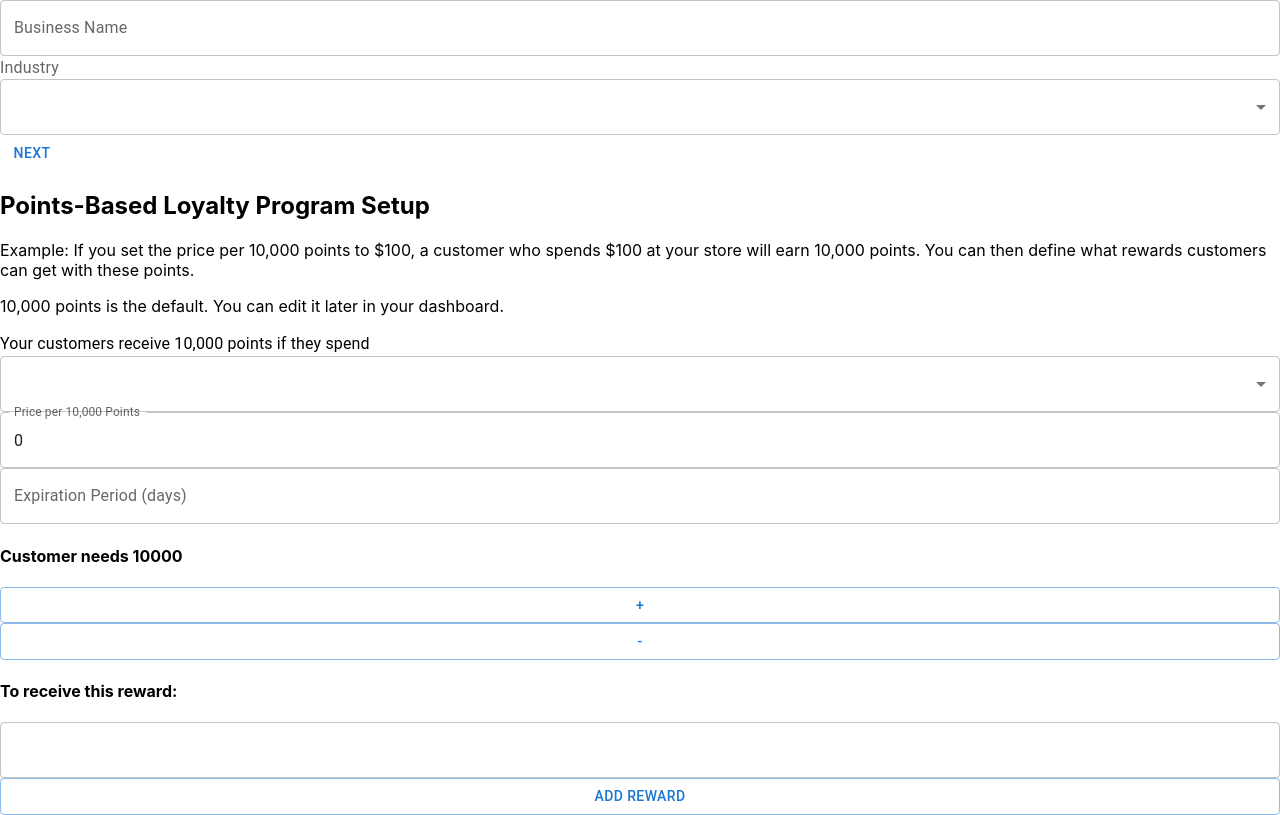
Repository: Armstrong2035/loyaltyTrackr
Page: /onboarding (app in loyalty-trackr/)
The author's editor kept a copy of each file at every save. The page is drawn from the files as they stood at one save, then again after a run of saves.
The browser window is 1280 px wide. The pictures show the whole page.
The project was rebuilt for these pictures with package versions that can differ from the ones it lists, and the page was loaded fresh each time. Also part of the build but not shown: loyalty-trackr/src/firebase.js, loyalty-trackr/src/Authentication/Signup.js, loyalty-trackr/src/Home/Home.js, loyalty-trackr/src/Authentication/Login.js.

Above is the page before, as saved 2024-06-07 03:00:06.

### loyalty-trackr/src/App.js
import React from "react";
import { Signup } from "./Authentication/Signup";
import { HomePage } from "./Home/Home";
import { BusinessDetails } from "./Onboarding/BusinessDetails/BusinessDetails";
import Login from "./Authentication/Login";
import { Route, Routes } from "react-router-dom";
import { Onboarding } from "./Onboarding/Onboarding";

function App() {
  return (
    <>
      <Routes>
        <Route path="/" element={<HomePage />} />
        <Route path="/signup" element={<Signup />} />
        <Route path="/login" element={<Login />} />
        <Route path="/onboarding" element={<Onboarding />} />
      </Routes>
    </>
  );
}

export default App;

### loyalty-trackr/src/Onboarding/BusinessDetails/BusinessDetails.js
import React, { useState } from "react";
import {
  Button,
  FormGroup,
  InputLabel,
  MenuItem,
  Select,
  TextField,
} from "@mui/material";

const industryList = [
  "Retail",
  "Food and Beverage",
  "Health and Wellness",
  "Automotive",
  "Home Services",
  "Education and Training",
  "Entertainment and Recreation",
  "E-commerce and Online Retail",
];

export const BusinessDetails = () => {
  const [name, setName] = useState("");
  const [industry, setIndustry] = useState("");

  const handleNameChange = (e) => {
    const name = e.target.value;
    setName(name);
  };

  const handleIndustryChange = (e) => {
    const industry = e.target.value;
    setIndustry(industry);
  };

  return (
    <div>
      <FormGroup>
        <TextField
          id="business-name"
          label="Business Name"
          variant="outlined"
          value={name}
          onChange={handleNameChange}
        />

        <InputLabel id="industry">Industry</InputLabel>
        <Select
          id="select-industry"
          value={industry}
          label="Industry"
          onChange={handleIndustryChange}
        >
          {industryList.map((industry) => (
            <MenuItem value={industry}>{`${industry}`}</MenuItem>
          ))}
        </Select>
      </FormGroup>

      <Button>Next</Button>
    </div>
  );
};

### loyalty-trackr/src/Onboarding/Onboarding.js
import React from "react";
import { LoyaltySetup } from "./LoyaltySetup/LoyaltySetup";
import { BusinessDetails } from "./BusinessDetails/BusinessDetails";

export const Onboarding = () => {
  return (
    <div>
      <BusinessDetails />
      <LoyaltySetup />
    </div>
  );
};

### loyalty-trackr/src/Onboarding/LoyaltySetup/LoyaltySetup.js
import React, { useState } from "react";
import { PointsBased } from "./PointsBased/PointsBased";

export const LoyaltySetup = () => {
  return (
    <>
      <PointsBased />
    </>
  );
};

### loyalty-trackr/src/Onboarding/LoyaltySetup/PointsBased/PointsBased.js
import { Typography } from "@mui/material";
import React from "react";
import { PointsPerPurchase } from "../PointsBased/PointsPerPurchase";
import { RedemptionOption } from "./RedemptionOptions";

export const PointsBased = () => {
  return (
    <>
      <h2>Points-Based Loyalty Program Setup</h2>

      <p>
        Example: If you set the price per 10,000 points to $100, a customer who
        spends $100 at your store will earn 10,000 points. You can then define
        what rewards customers can get with these points.
      </p>

      <p>
        10,000 points is the default. You can edit it later in your dashboard.
      </p>

      <PointsPerPurchase />
      <RedemptionOption />
    </>
  );
};

### loyalty-trackr/src/Onboarding/LoyaltySetup/PointsBased/PointsPerPurchase.js
import {
  FormGroup,
  TextField,
  Select,
  Typography,
  MenuItem,
} from "@mui/material";
import React, { useState } from "react";
import { currencies } from "../../../Utility/currencies";

export const PointsPerPurchase = () => {
  const [currency, setCurrency] = useState("");
  const [price, setPrice] = useState(0);
  const [expirationPeriod, setExpirationPeriod] = useState();
  const [maximumPointsPerPurchase, setMaximumPointsPerPurchase] = useState();

  const currencyArray = currencies;

  const pointsPerPurchase = {
    points: 10000,
    pricePerPurchase: {
      amount: price,
      currency: currency,
      expiry: expirationPeriod,
      maximum: maximumPointsPerPurchase,
    },
  };

  console.log(pointsPerPurchase);

  return (
    <>
      <div>
        <Typography>
          Your customers receive 10,000 points if they spend
        </Typography>

        <FormGroup>
          <Select
            id="select-currency"
            value={currency}
            label="Currency"
            onChange={(e) => setCurrency(e.target.value)}
          >
            {currencyArray.map((currency) => (
              <MenuItem value={currency}>{`${currency}`}</MenuItem>
            ))}
          </Select>

          <TextField
            id="price"
            label="Price per 10,000 Points"
            variant="outlined"
            value={price}
            type="number"
            onChange={(e) => setPrice(e.target.value)}
          />

          <TextField
            id="expiration-period"
            label="Expiration Period (days)"
            type="number"
            value={expirationPeriod}
            onChange={(e) => setExpirationPeriod(e.target.value)}
          />
        </FormGroup>
      </div>
    </>
  );
};

### loyalty-trackr/src/Onboarding/LoyaltySetup/PointsBased/RedemptionOptions.js
import { Button, FormGroup, Stack, TextField } from "@mui/material";
import React, { useState } from "react";

/* Create array
    Add new object to array
        Object should have the following:
            Points needed
            Gift to redeem
*/

export const RedemptionOption = () => {
  const [redemptionOptions, setRedemptionOptions] = useState([]);

  let [pointsNeeded, setPointsNeeded] = useState(10000);
  const [reward, setReward] = useState("");

  const increaseRequirePoints = () => {
    setPointsNeeded(() => (pointsNeeded += 100));
  };

  const decreaseRequiredPoints = () => {
    setPointsNeeded(() => (pointsNeeded -= 100));
  };

  const handleRewardChange = (e) => {
    setReward(e.target.value);
  };

  const addRedemptionOption = () => {
    const redemptionOptionInstance = {
      points: pointsNeeded,
      reward: reward,
    };

    setRedemptionOptions((prev) => [...prev, redemptionOptionInstance]);
  };

  console.log(redemptionOptions);

  return (
    <div>
      <Stack>
        <h4>{`Customer needs ${pointsNeeded}`}</h4>
        <Button variant="outlined" onClick={increaseRequirePoints}>
          +
        </Button>
        <Button variant="outlined" onClick={decreaseRequiredPoints}>
          -
        </Button>

        <h4>To receive this reward:</h4>
        <TextField id="reward" value={reward} onChange={handleRewardChange} />

        <Button variant="outlined" onClick={addRedemptionOption}>
          Add reward
        </Button>
      </Stack>
    </div>
  );
};

### loyalty-trackr/src/Utility/currencies.js
export const currencies = [
  "Afghan Afghani (AFN)",
  "Albanian Lek (ALL)",
  "Algerian Dinar (DZD)",
  "Angolan Kwanza (AOA)",
  "Argentine Peso (ARS)",
  "Armenian Dram (AMD)",
  "Aruban Florin (AWG)",
  "Australian Dollar (AUD)",
  "Azerbaijani Manat (AZN)",
  "Bahamian Dollar (BSD)",
  "Bahraini Dinar (BHD)",
  "Bangladeshi Taka (BDT)",
  "Barbadian Dollar (BBD)",
  "Belarusian Ruble (BYN)",
  "Belize Dollar (BZD)",
  "Bermudian Dollar (BMD)",
  "Bhutanese Ngultrum (BTN)",
  "Bolivian Boliviano (BOB)",
  "Bosnia-Herzegovina Convertible Mark (BAM)",
  "Botswana Pula (BWP)",
  "Brazilian Real (BRL)",
  "Brunei Dollar (BND)",
  "Bulgarian Lev (BGN)",
  "Burundian Franc (BIF)",
  "Cambodian Riel (KHR)",
  "Canadian Dollar (CAD)",
  "Cape Verdean Escudo (CVE)",
  "Cayman Islands Dollar (KYD)",
  "Central African CFA Franc (XAF)",
  "Chilean Peso (CLP)",
  "Chinese Yuan (CNY)",
  "Colombian Peso (COP)",
  "Comorian Franc (KMF)",
  "Congolese Franc (CDF)",
  "Costa Rican Colón (CRC)",
  "Croatian Kuna (HRK)",
  "Cuban Peso (CUP)",
  "Czech Koruna (CZK)",
  "Danish Krone (DKK)",
  "Djiboutian Franc (DJF)",
  "Dominican Peso (DOP)",
  "East Caribbean Dollar (XCD)",
  "Egyptian Pound (EGP)",
  "Eritrean Nakfa (ERN)",
  "Ethiopian Birr (ETB)",
  "Euro (EUR)",
  "Falkland Islands Pound (FKP)",
  "Fiji Dollar (FJD)",
  "Gambian Dalasi (GMD)",
  "Georgian Lari (GEL)",
  "Ghanaian Cedi (GHS)",
  "Gibraltar Pound (GIP)",
  "Guatemalan Quetzal (GTQ)",
  "Guinean Franc (GNF)",
  "Guyanese Dollar (GYD)",
  "Haitian Gourde (HTG)",
  "Honduran Lempira (HNL)",
  "Hong Kong Dollar (HKD)",
  "Hungarian Forint (HUF)",
  "Icelandic Króna (ISK)",
  "Indian Rupee (INR)",
  "Indonesian Rupiah (IDR)",
  "Iranian Rial (IRR)",
  "Iraqi Dinar (IQD)",
  "Israeli New Shekel (ILS)",
  "Jamaican Dollar (JMD)",
  "Japanese Yen (JPY)",
  "Jordanian Dinar (JOD)",
  "Kazakhstani Tenge (KZT)",
  "Kenyan Shilling (KES)",
  "Kuwaiti Dinar (KWD)",
  "Kyrgyzstani Som (KGS)",
  "Lao Kip (LAK)",
  "Lebanese Pound (LBP)",
  "Lesotho Loti (LSL)",
  "Liberian Dollar (LRD)",
  "Libyan Dinar (LYD)",
  "Macanese Pataca (MOP)",
  "Macedonian Denar (MKD)",
  "Malagasy Ariary (MGA)",
  "Malawian Kwacha (MWK)",
  "Malaysian Ringgit (MYR)",
  "Maldivian Rufiyaa (MVR)",
  "Mauritanian Ouguiya (MRU)",
  "Mauritian Rupee (MUR)",
  "Mexican Peso (MXN)",
  "Moldovan Leu (MDL)",
  "Mongolian Tugrik (MNT)",
  "Moroccan Dirham (MAD)",
  "Mozambican Metical (MZN)",
  "Myanmar Kyat (MMK)",
  "Namibian Dollar (NAD)",
  "Nepalese Rupee (NPR)",
  "Netherlands Antillean Guilder (ANG)",
  "New Taiwan Dollar (TWD)",
  "New Zealand Dollar (NZD)",
  "Nicaraguan Córdoba (NIO)",
  "Nigerian Naira (NGN)",
  "North Korean Won (KPW)",
  "Norwegian Krone (NOK)",
  "Omani Rial (OMR)",
  "Pakistani Rupee (PKR)",
  "Panamanian Balboa (PAB)",
  "Papua New Guinean Kina (PGK)",
  "Paraguayan Guaraní (PYG)",
  "Peruvian Sol (PEN)",
  "Philippine Peso (PHP)",
  "Polish Złoty (PLN)",
  "Pound Sterling (GBP)",
  "Qatari Riyal (QAR)",
  "Romanian Leu (RON)",
  "Russian Ruble (RUB)",
  "Rwandan Franc (RWF)",
  "Saint Helena Pound (SHP)",
  "Salvadoran Colón (SVC)",
  "Samoan Tala (WST)",
  "São Tomé and Príncipe Dobra (STN)",
  "Saudi Riyal (SAR)",
  "Serbian Dinar (RSD)",
  "Seychellois Rupee (SCR)",
  "Sierra Leonean Leone (SLL)",
  "Singapore Dollar (SGD)",
  "Solomon Islands Dollar (SBD)",
  "Somali Shilling (SOS)",
  "South African Rand (ZAR)",
  "South Korean Won (KRW)",
  "South Sudanese Pound (SSP)",
  "Sri Lankan Rupee (LKR)",
  "Sudanese Pound (SDG)",
  "Surinamese Dollar (SRD)",
  "Swazi Lilangeni (SZL)",
  "Swedish Krona (SEK)",
  "Swiss Franc (CHF)",
  "Syrian Pound (SYP)",
  "Tajikistani Somoni (TJS)",
  "Tanzanian Shilling (TZS)",
  "Thai Baht (THB)",
  "Tongan Paanga (TOP)",
  "Trinidad and Tobago Dollar (TTD)",
  "Tunisian Dinar (TND)",
  "Turkish Lira (TRY)",
  "Turkmenistan Manat (TMT)",
  "Ugandan Shilling (UGX)",
  "Ukrainian Hryvnia (UAH)",
  "United Arab Emirates Dirham (AED)",
  "United States Dollar (USD)",
  "Uruguayan Peso (UYU)",
  "Uzbekistani Som (UZS)",
  "Vanuatu Vatu (VUV)",
  "Venezuelan Bolívar Soberano (VES)",
  "Vietnamese Đồng (VND)",
  "West African CFA franc (XOF)",
  "Yemeni Rial (YER)",
  "Zambian Kwacha (ZMW)",
  "Zimbabwean Dollar (ZWL)",
];

### loyalty-trackr/src/Onboarding/LoyaltySetup/PointsBased/Conditions.js
import { FormGroup, TextField } from "@mui/material";
import React from "react";

export const Conditions = () => {
  const [expirationPeriod, setExpirationPeriod] = useState();
  const [maximumPointsPerPurchase, setMaximumPointsPerPurchase] = useState();
  const [conditions, setConditions] = useState();

  const increaseMaximumPoints = () => {
    setMaximumPointsPerPurchase(() => (pointsNeeded += 100));
  };

  const decreaseMaximumPoints = () => {
    setMaximumPointsPerPurchase(() => (pointsNeeded -= 100));
  };

  const handleConditionsChange = () => {
    const conditions = {
      pointsExpiry: expirationPeriod,
      maximumPointsObtainable: maximumPointsPerPurchase,
    };

    setConditions(conditions);
  };

  return (
    <div>
      <FormGroup>
        <TextField
          id="expiration-period"
          label="Expiration Period (days)"
          type="number"
          value={expirationPeriod}
          onChange={(e) => setExpirationPeriod(e.target.value)}
        />

        <Button variant="outlined" onClick={increaseMaximumPoints}>
          +
        </Button>
        <Button variant="outlined" onClick={decreaseMaximumPoints}>
          -
        </Button>
      </FormGroup>
    </div>
  );
};

Loaded but not shown: loyalty-trackr/public/index.html (common file); loyalty-trackr/src/index.js (common file); loyalty-trackr/src/index.css (common file); loyalty-trackr/src/reportWebVitals.js (common file)

After the next 3 saves:
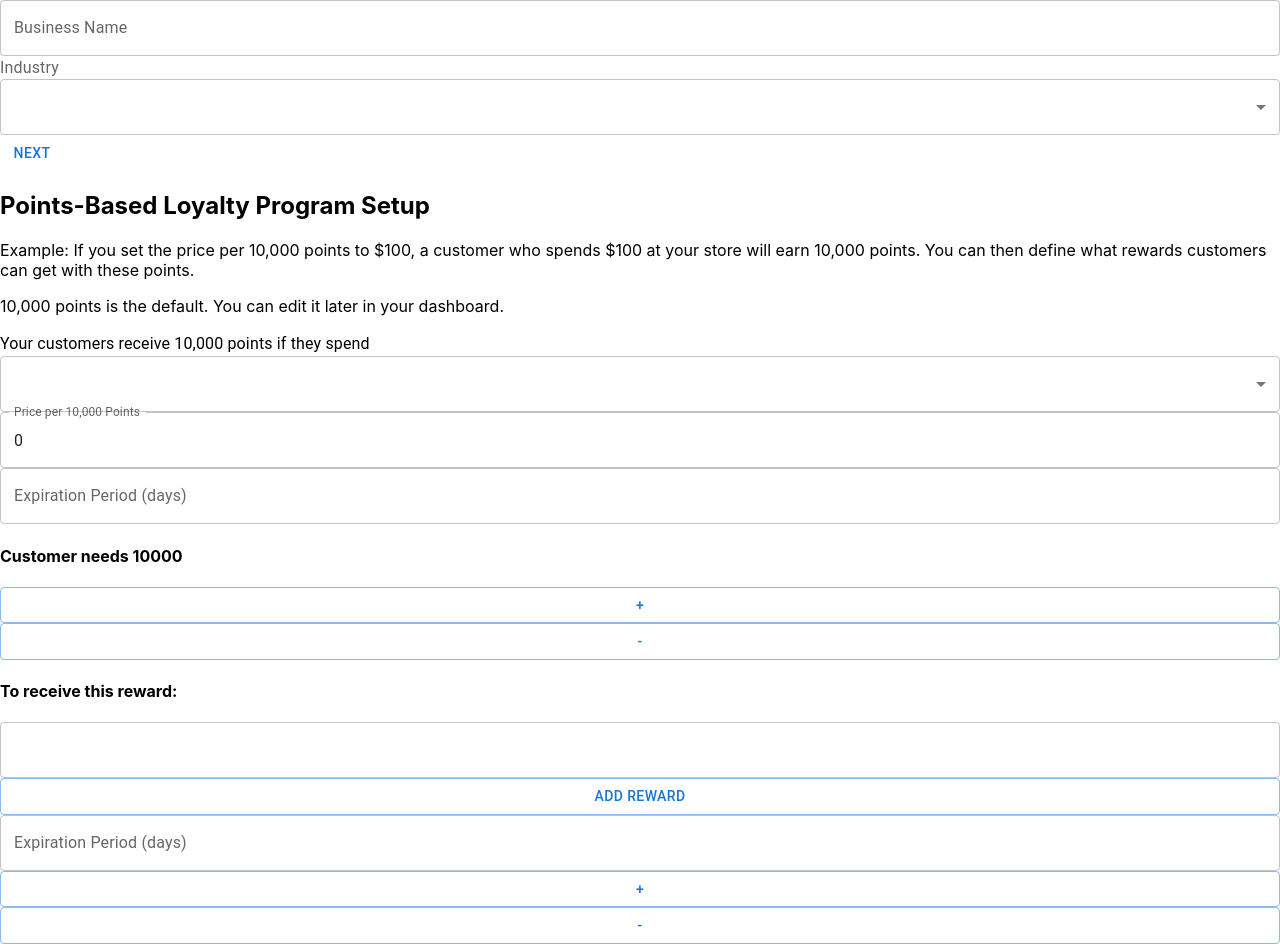
The 3 saves are shown as one change because 2 did not build or start.
The last was saved 72 s later.
--- a/loyalty-trackr/src/Onboarding/LoyaltySetup/PointsBased/PointsBased.js
+++ b/loyalty-trackr/src/Onboarding/LoyaltySetup/PointsBased/PointsBased.js
@@ -2,6 +2,7 @@ import { Typography } from "@mui/material";
 import React from "react";
 import { PointsPerPurchase } from "../PointsBased/PointsPerPurchase";
 import { RedemptionOption } from "./RedemptionOptions";
+import { Conditions } from "./Conditions";
 
 export const PointsBased = () => {
   return (
@@ -20,6 +21,7 @@ export const PointsBased = () => {
 
       <PointsPerPurchase />
       <RedemptionOption />
+      <Conditions />
     </>
   );
 };
--- a/loyalty-trackr/src/Onboarding/LoyaltySetup/PointsBased/Conditions.js
+++ b/loyalty-trackr/src/Onboarding/LoyaltySetup/PointsBased/Conditions.js
@@ -1,5 +1,5 @@
-import { FormGroup, TextField } from "@mui/material";
-import React from "react";
+import { FormGroup, TextField, Button } from "@mui/material";
+import React, { useState } from "react";
 
 export const Conditions = () => {
   const [expirationPeriod, setExpirationPeriod] = useState();
